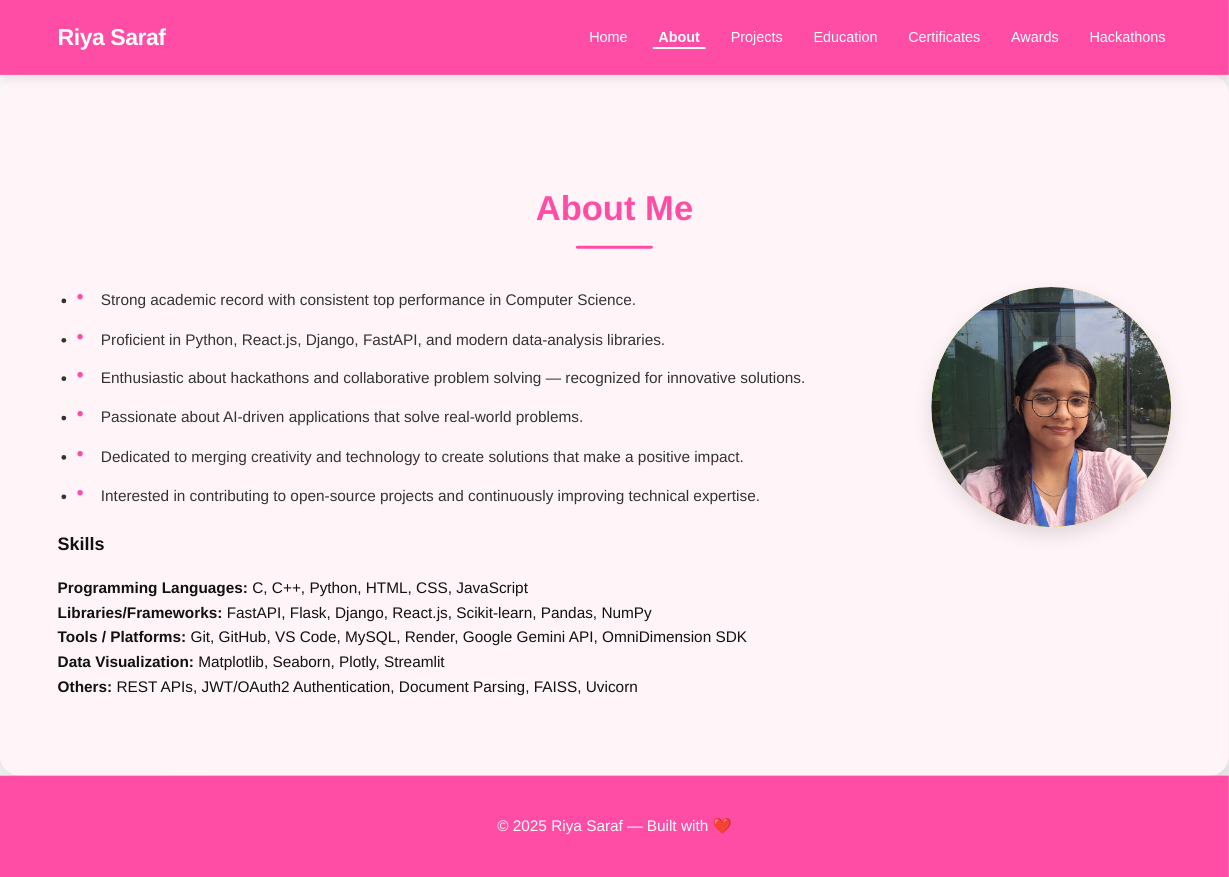
Repository: riyaaaa19/riya-portfolio
Page: /, after clicking the first element matching `nav > :nth-child(2)`
An editor plug-in stored every save of this project. The page is shown before and after the next save, followed by the edit.
The browser window is 1280 px wide. The pictures show the whole page, at 96% of full size.
The project was rebuilt for these pictures with package versions that can differ from the ones it lists, and the page was loaded fresh each time. Also part of the build but not shown: src/components/TimelineCard.js.

Above is the page before, as saved 2025-09-14 15:17:21.

### src/App.js
import React, { useState } from "react";
import { Mail, Github, Linkedin } from "lucide-react";
import TimelineCard from "./components/TimelineCard";
import "./styles.css";

export default function RiyaSarafPortfolio() {
  const [activePage, setActivePage] = useState("home");

  const projects = [
    {
      title: "Leave Management System",
      tech: "React.js, FastAPI, PostgreSQL, JWT",
      desc: "Full-stack app for managing employee leave requests with role-based access and JWT authentication.",
      github: "https://github.com/riyaaaa19/leave-management-system",
      img: "/images/leave.png",
    },
    {
      title: "Genomic Analysis Web Application",
      tech: "Python, Django, Scikit-learn, Pandas",
      desc: "Django app for genomic data analysis with ML model selection, preprocessing and visualizations.",
      github: "https://github.com/riyaaaa19/genomic-analysis-django",
      img: "/images/genomics.png",
    },
    {
      title: "CyberSaarthi – Phishing & Invoice Fraud Detection",
      tech: "FastAPI, React.js, SQLite",
      desc: "ML + rule-based backend for phishing and invoice fraud detection with document parsing and structured reports.",
      github: "https://github.com/riyaaaa19/CyberSaarthi",
      img: "/images/cyber.png",
    },
    {
      title: "SheCare AI",
      tech: "FastAPI, React, SQLite, OmniDimension API",
      desc: "Health & wellness assistant for women with cycle tracking, journaling, PCOS risk check, and AI chatbot.",
      github: "https://github.com/sonamnimje/SheCare-AI",
      img: "/images/shecare.png",
    },
    {
      title: "SmartGrocery — AI-Powered Grocery & Recipe Assistant",
      tech: "Flask, Scikit-learn, Bootstrap, CSS",
      desc: "Smart Grocery Web app for recipe suggestions, nutrition tracking, inventory management, and shopping lists.",
      github: "https://github.com/arnavv19/Smart-Grocery-AI",
      img: "/images/grocery.png",
    },
  ];

  const education = [
    {
      school: "BADERIA GLOBAL INSTITUTE OF ENGINEERING AND MANAGEMENT",
      degree: "B.Tech CSE (Data Science)",
      year: "2022 – 2026",
      score: "CGPA: 8.28",
      img: "/images/graduation.png",
    },
    {
      school: "Nachiketa Higher Secondary School, Jabalpur",
      degree: "Class 12th • PCM • State Board",
      year: "2022",
      score: "Percentage: 73.4%",
      img: "/images/school.png",
    },
    {
      school: "Nachiketa Higher Secondary School, Jabalpur",
      degree: "Class 10th • State Board",
      year: "2020",
      score: "Percentage: 92%",
      img: "/images/school.png",
    },
  ];

  const certificates = [
    { title: "PCAP: Programming Essentials in Python", img: "/images/certificate1.jpg" },
    { title: "Introduction to Data Science — Cisco", img: "/images/certificate2.jpg" },
    { title: "Accenture Data Analytics Simulation", img: "/images/certificate3.jpg" },
    { title: "Global Entrepreneur Summit — IIT Kharagpur", img: "/images/certificate4.jpg" },
    { title: "Artificial Intelligence Fundamentals — IBM SkillsBuild", img: "/images/certificate5.jpg" },
    { title: "Cybersecurity Essentials — Cisco", img: "/images/certificate6.jpg" },
    { title: "Data Analytics — IBM Cognos", img: "/images/certificate7.jpg" },
  ];

  const awards = [
    { title: "Branch Topper — 2023, 2024, 2025", img: "/images/award1.jpg" },
    { title: "Best Girls Team Award — Hack SRIT 2025", img: "/images/award2.jpg" },
    { title: "1st Runner-Up — Ecopreneur Hackathon", img: "/images/award3.jpg" },
    { title: "3rd Position — Slide The Change at IEEE SHE ASPIRE 2.0", img: "/images/award4.jpg" },
  ];

  const hackathons = [
    {
      title: "Ecopreneur Hackathon",
      desc: "Hosted by Baderia Global Institute of Engineering and Management",
      img: "/images/hackathon1.jpg",
    },
    {
      title: "36-hour HackSRIT Hackathon",
      desc: "Hosted by Shri Ram Institute of technology",
      img: "/images/hackathon2.jpg",
    },
    {
      title: "Operation Eclipse – Stealth Spacecraft Design & Architecture",
      desc: "Competition at IIITDM Jabalpur",
      img: "/images/hackathon3.jpg",
    },
    {
      title: "Global Entrepreneurship Summit 2025",
      desc: "IIT Kharagpur",
      img: "/images/hackathon4.jpg",
    },
    {
      title: "All India Women only Hackathon 2023",
      desc: "Hosted by Shooting stars foundation",
      img: "/images/hackathon5.jpg",
    },
  ];

  return (
    <div>
      <header>
        <h1>Riya Saraf</h1>
        <nav>
          {["home", "about", "projects", "education", "certificates", "awards", "hackathons"].map((page) => (
            <button
              key={page}
              onClick={() => setActivePage(page)}
              className={activePage === page ? "active" : ""}
            >
              {page.charAt(0).toUpperCase() + page.slice(1)}
            </button>
          ))}
        </nav>
      </header>

      {/* ===== Home ===== */}
      {activePage === "home" && (
        <section className="hero">
          <div className="particle-bg">
            <span></span><span></span><span></span><span></span><span></span>
          </div>
          <div className="hero-text">
            <h2>
              Hi There, I'm <span className="highlight">Riya Saraf</span>
            </h2>
            <h3>
              I Am Into{" "}
              <span className="typing-container">
                <span className="typing">Web Development | Data Science | AI/ML</span>
              </span>
            </h3>
            <p>
              Motivated Computer Science undergraduate skilled in Python,
              full-stack development, and ML/AI. Passionate about building
              impactful solutions and contributing to open-source projects.
            </p>

            <div className="hero-buttons">
              <button className="cta" onClick={() => setActivePage("projects")}>View Projects</button>
              <a
                href="https://mail.google.com/mail/?view=cm&fs=1&to=riyasaraf19@gmail.com"
                target="_blank"
                rel="noopener noreferrer"
                className="cta"
              >
                Contact Me
              </a>
              <a
                href={process.env.PUBLIC_URL + "/images/resume.pdf"}
                target="_blank"
                rel="noopener noreferrer"
                className="cta"
              >
                View Resume
              </a>
            </div>

            <div className="social-icons">
              <a href="https://linkedin.com/in/riya-saraf-9223a9257" target="_blank" rel="noreferrer"><Linkedin size={18} /></a>
              <a href="https://github.com/riyaaaa19" target="_blank" rel="noreferrer"><Github size={18} /></a>
              <a href="mailto:riyasaraf19@gmail.com"><Mail size={18} /></a>
              <a href="https://leetcode.com/u/riyaaa19/" target="_blank" rel="noreferrer">LC</a>
              <a href="https://www.hackerrank.com/profile/riyasaraf19" target="_blank" rel="noreferrer">HR</a>
            </div>
          </div>
          <div className="hero-img">
            <div className="avatar-circle">
              <img src="/images/riya-photo.png" alt="Riya Saraf" />
            </div>
          </div>
        </section>
      )}

{/* ===== About Section ===== */}
{activePage === "about" && (
  <section className="about">
    <h2>About Me</h2>
    <div className="about-container" style={{ display: "flex", alignItems: "flex-start", gap: "40px", flexWrap: "wrap" }}>

      {/* ✅ Left Side: Text Points + Skills */}
      <div style={{ flex: 1 }}>
        <ul style={{ listStyle: "disc", paddingLeft: "20px", lineHeight: "1.8" }}>
          <li>Strong academic record with consistent top performance in Computer Science.</li>
          <li>Proficient in Python, React.js, Django, FastAPI, and modern data-analysis libraries.</li>
          <li>Enthusiastic about hackathons and collaborative problem solving — recognized for innovative solutions.</li>
          <li>Passionate about AI-driven applications that solve real-world problems.</li>
          <li>Dedicated to merging creativity and technology to create solutions that make a positive impact.</li>
          <li>Interested in contributing to open-source projects and continuously improving technical expertise.</li>
        </ul>

        {/* ✅ Skills Section */}
        <h3 style={{ marginTop: "20px" }}>Skills</h3>
        <div style={{ lineHeight: "1.6" }}>
          <strong>Programming Languages:</strong> C, C++, Python, HTML, CSS, JavaScript<br/>
          <strong>Libraries/Frameworks:</strong> FastAPI, Flask, Django, React.js, Scikit-learn, Pandas, NumPy<br/>
          <strong>Tools / Platforms:</strong> Git, GitHub, VS Code, MySQL, Render, Google Gemini API, OmniDimension SDK<br/>
          <strong>Data Visualization:</strong> Matplotlib, Seaborn, Plotly, Streamlit<br/>
          <strong>Others:</strong> REST APIs, JWT/OAuth2 Authentication, Document Parsing, FAISS, Uvicorn
        </div>
      </div>

      {/* ✅ Right Side: About Image */}
      <div className="about-img" style={{ flex: "0 0 250px", textAlign: "center" }}>
        <div className="avatar-circle" style={{ width: "250px", height: "250px", margin: "0 auto" }}>
          <img
            src="/images/about.png"
            alt="About Me"
            style={{ width: "100%", height: "100%", borderRadius: "50%", objectFit: "cover" }}
          />
        </div>
      </div>
    </div>
  </section>
)}




      {/* ===== Other Sections Unchanged ===== */}
      {activePage === "projects" && (
        <section>
          <h2>Projects</h2>
          <div className="grid">
            {projects.map((p, i) => (
              <TimelineCard
                key={i}
                title={p.title}
                subtitle={p.tech}
                img={p.img}
                score={<span style={{ color: "#555" }}>{p.desc}</span>}
                github={p.github}
                live={p.live}
                type="project"
              />
            ))}
          </div>
        </section>
      )}

      {activePage === "education" && (
        <section>
          <h2>Education</h2>
          <div className="timeline">
            {education.map((e, i) => (
              <TimelineCard
                key={i}
                title={e.school}
                subtitle={e.degree}
                year={e.year}
                score={e.score}
                img={e.img}
                type="education"
              />
            ))}
          </div>
        </section>
      )}

      {activePage === "certificates" && (
        <section>
          <h2>Certificates</h2>
          <div className="grid">
            {certificates.map((c, i) => (
              <TimelineCard key={i} title={c.title} img={c.img} type="certificate" />
            ))}
          </div>
        </section>
      )}

      {activePage === "awards" && (
        <section>
          <h2>Awards</h2>
          <div className="grid">
            {awards.map((a, i) => (
              <TimelineCard key={i} title={a.title} img={a.img} type="award" />
            ))}
          </div>
        </section>
      )}

      {activePage === "hackathons" && (
        <section>
          <h2>Hackathons & Conferences</h2>
          <div className="grid">
            {hackathons.map((h, i) => (
              <TimelineCard key={i} title={h.title} subtitle={h.desc} img={h.img} type="certificate" />
            ))}
          </div>
        </section>
      )}

      <footer>© {new Date().getFullYear()} Riya Saraf — Built with ❤️</footer>
    </div>
  );
}

Loaded but not shown: public/index.html (common file); src/index.js (common file); src/styles.css (558 lines, source omitted)

After the next save:
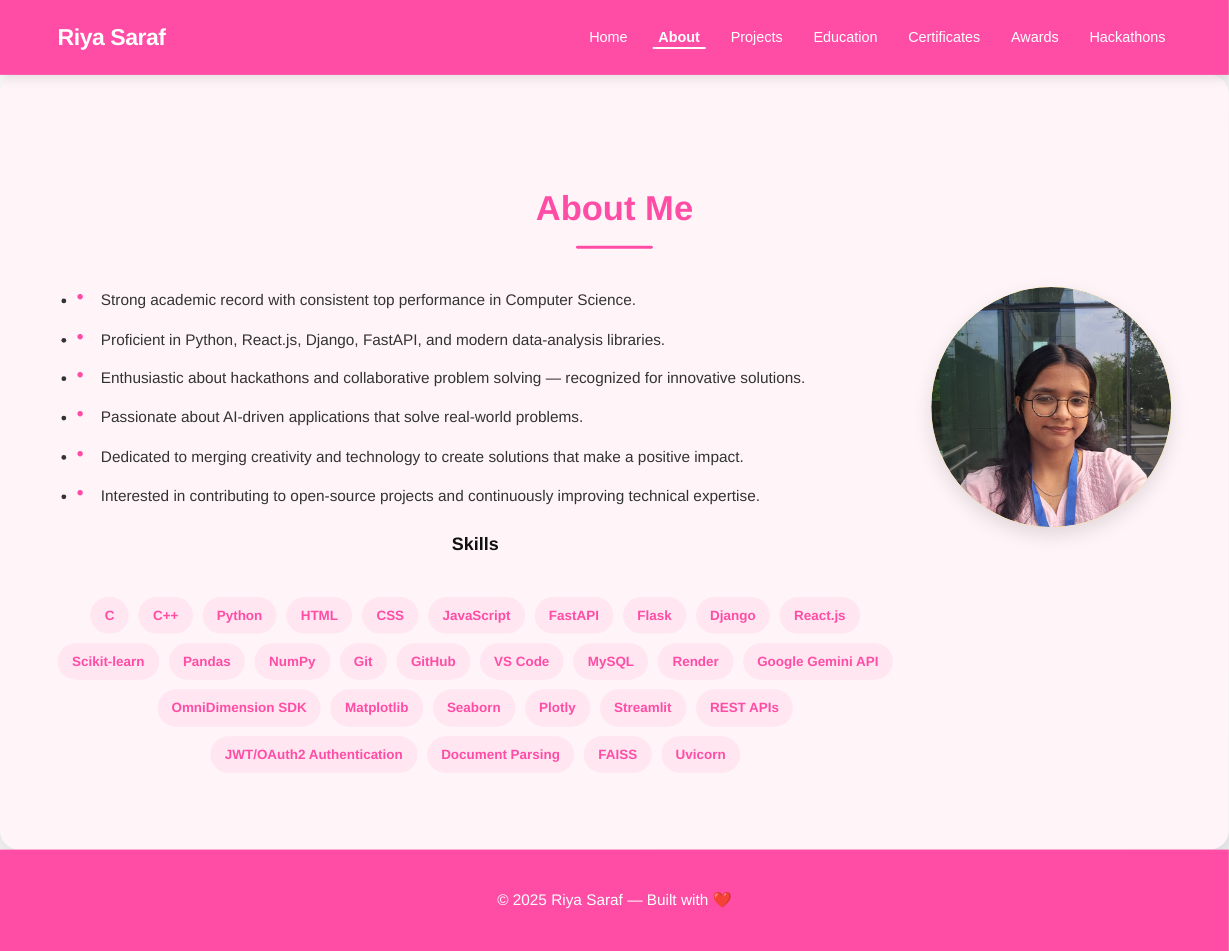
Saved 6 min 22 s later.
--- a/src/App.js
+++ b/src/App.js
@@ -206,15 +206,31 @@ export default function RiyaSarafPortfolio() {
         </ul>
 
         {/* ✅ Skills Section */}
-        <h3 style={{ marginTop: "20px" }}>Skills</h3>
-        <div style={{ lineHeight: "1.6" }}>
-          <strong>Programming Languages:</strong> C, C++, Python, HTML, CSS, JavaScript<br/>
-          <strong>Libraries/Frameworks:</strong> FastAPI, Flask, Django, React.js, Scikit-learn, Pandas, NumPy<br/>
-          <strong>Tools / Platforms:</strong> Git, GitHub, VS Code, MySQL, Render, Google Gemini API, OmniDimension SDK<br/>
-          <strong>Data Visualization:</strong> Matplotlib, Seaborn, Plotly, Streamlit<br/>
-          <strong>Others:</strong> REST APIs, JWT/OAuth2 Authentication, Document Parsing, FAISS, Uvicorn
-        </div>
-      </div>
+        <h3 style={{ marginTop: "20px", textAlign: "center" }}>Skills</h3>
+       <div className="skills-section">
+        {/* Programming Languages */}
+        {["C", "C++", "Python", "HTML", "CSS", "JavaScript"].map((skill) => (
+          <span key={skill} className="skills-card">{skill}</span>
+          ))}
+          {/* Libraries/Frameworks */}
+          {["FastAPI", "Flask", "Django", "React.js", "Scikit-learn", "Pandas", "NumPy"].map((skill) => (
+            <span key={skill} className="skills-card">{skill}</span>
+            ))}
+            {/* Tools / Platforms */}
+            {["Git", "GitHub", "VS Code", "MySQL", "Render", "Google Gemini API", "OmniDimension SDK"].map((skill) => (
+              <span key={skill} className="skills-card">{skill}</span>
+                ))}
+                {/* Data Visualization */}
+                {["Matplotlib", "Seaborn", "Plotly", "Streamlit"].map((skill) => (
+                  <span key={skill} className="skills-card">{skill}</span>
+                  ))}
+                  {/* Others */}
+                  {["REST APIs", "JWT/OAuth2 Authentication", "Document Parsing", "FAISS", "Uvicorn"].map((skill) => (
+                    <span key={skill} className="skills-card">{skill}</span>
+                  ))}
+                  </div>
+                  </div>
+
 
       {/* ✅ Right Side: About Image */}
       <div className="about-img" style={{ flex: "0 0 250px", textAlign: "center" }}>
